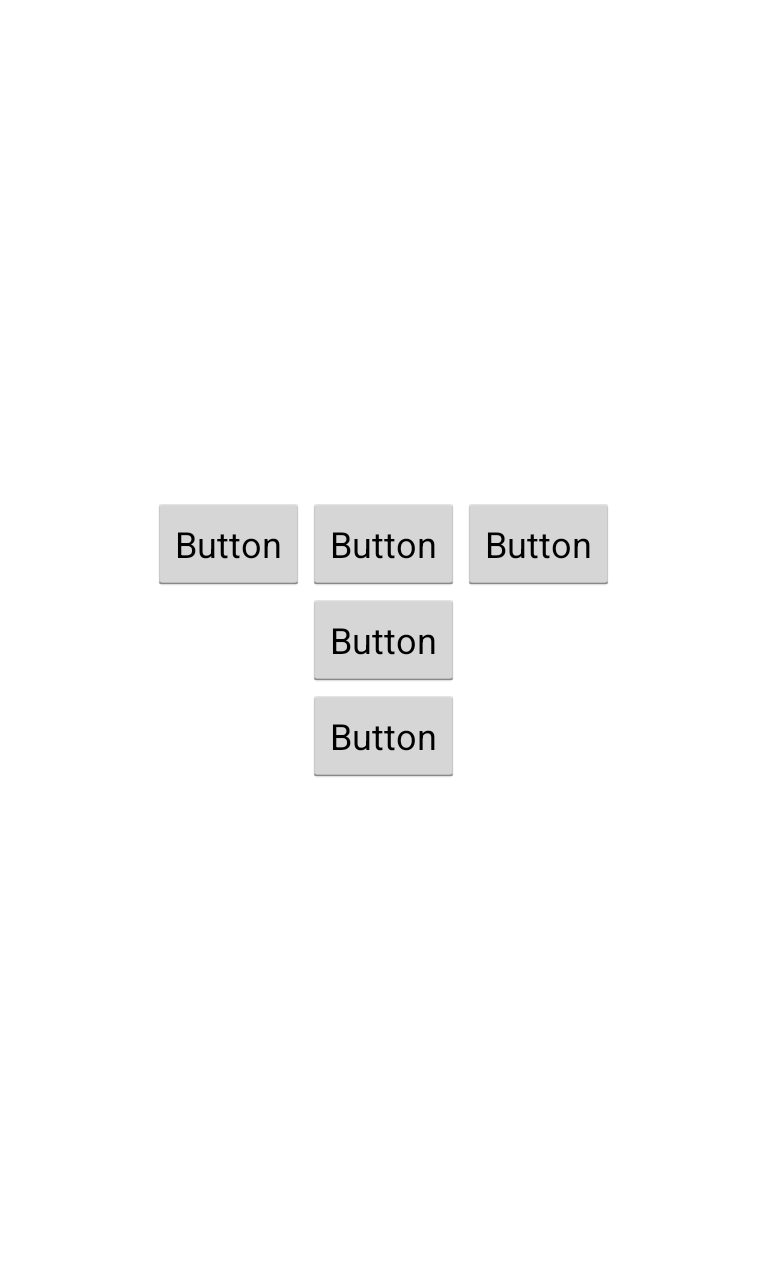
Repository: HGtz2222/LearningAndroid
Layout: test1/test1/res/layout/activity_main.xml
The author's editor kept a copy of each file at every save. The layout is drawn from the files as they stood at one save, then again after the next save.
It is drawn on a 768 x 1280 px phone screen (xhdpi) without system bars, with theme AppTheme; the app's code is not run.

Above is the layout before, as saved 2014-09-09 10:19:46.

After the next save:
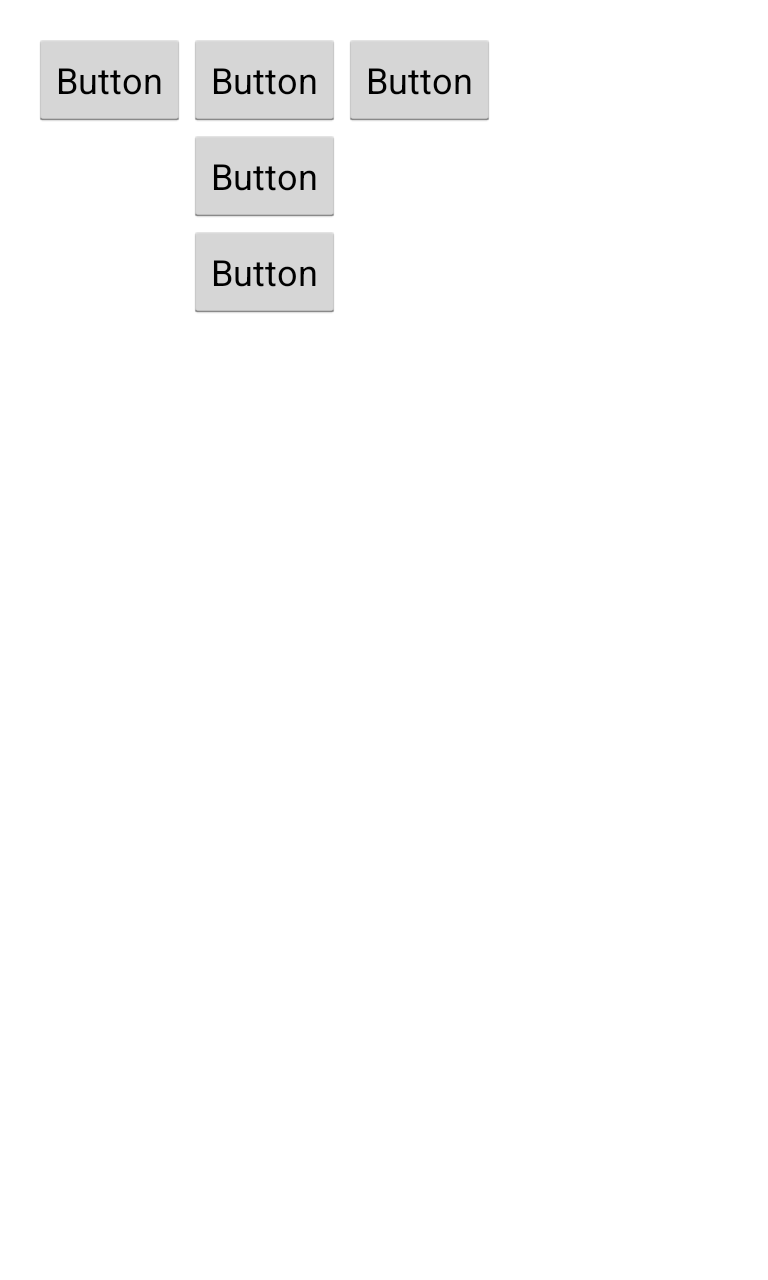
Saved 59 s later.
--- a/test1/test1/res/layout/activity_main.xml
+++ b/test1/test1/res/layout/activity_main.xml
@@ -10,8 +10,8 @@
 
     <GridLayout
         android:id="@+id/gridLayout1"
-        android:layout_width="wrap_content"
-        android:layout_height="wrap_content"
+        android:layout_width="match_parent"
+        android:layout_height="match_parent"
         android:layout_centerHorizontal="true"
         android:layout_centerVertical="true"
         android:columnCount="3" >
